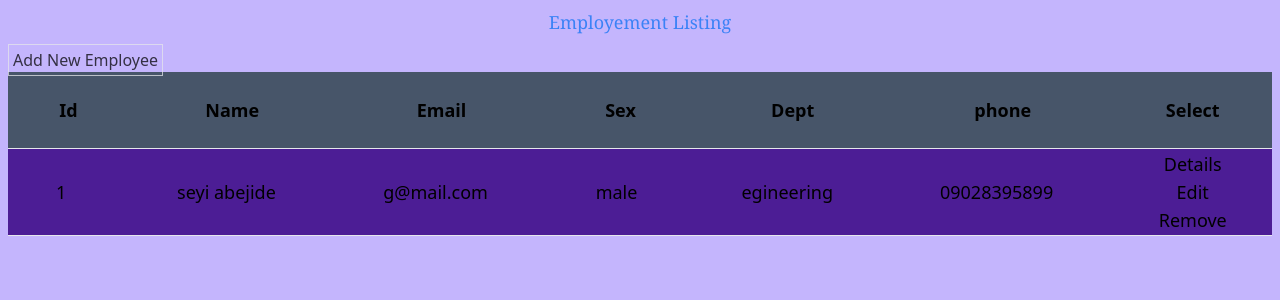
Repository: Semanmernstack/crud
Page: /
The author's editor kept a copy of each file at every save. The page is drawn from the files as they stood at one save, then again after the next save.
The browser window is 1280 px wide. The pictures show the whole page.
The project was rebuilt for these pictures with package versions that can differ from the ones it lists, and the page was loaded fresh each time. Requests to the local data server were answered from the project's data file. Also part of the build but not shown: src/Details.js, src/Create.js, src/Edit.js.

Above is the page before, as saved 2022-12-24 01:15:10.

After the next save:
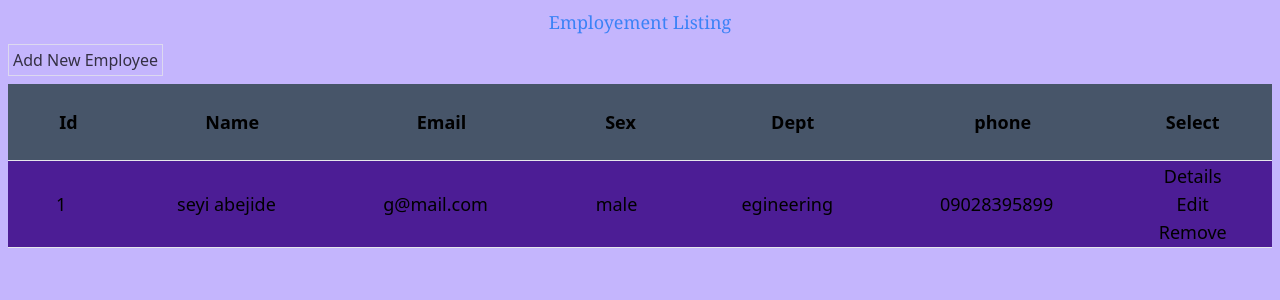
Saved 20 s later.
--- a/src/List.js
+++ b/src/List.js
@@ -21,7 +21,7 @@ function List() {
         <p className='text-centre justify-center flex mb-3 text-lg text-blue-500 font-serif'> Employement Listing</p>
         <Link className='cursor-pointer border p-1 mb-1 animate-pulse' to="/employee/create">Add New Employee</Link>
 
-        <table className="  w-[100%] bg-violet-900 text-sm md:text-sm lg:text-lg   " >
+        <table className="mt-3  w-[100%] bg-violet-900 text-sm md:text-sm lg:text-lg   " >
 
             <thead>
                 <tr className="border-b bg-slate-600">
